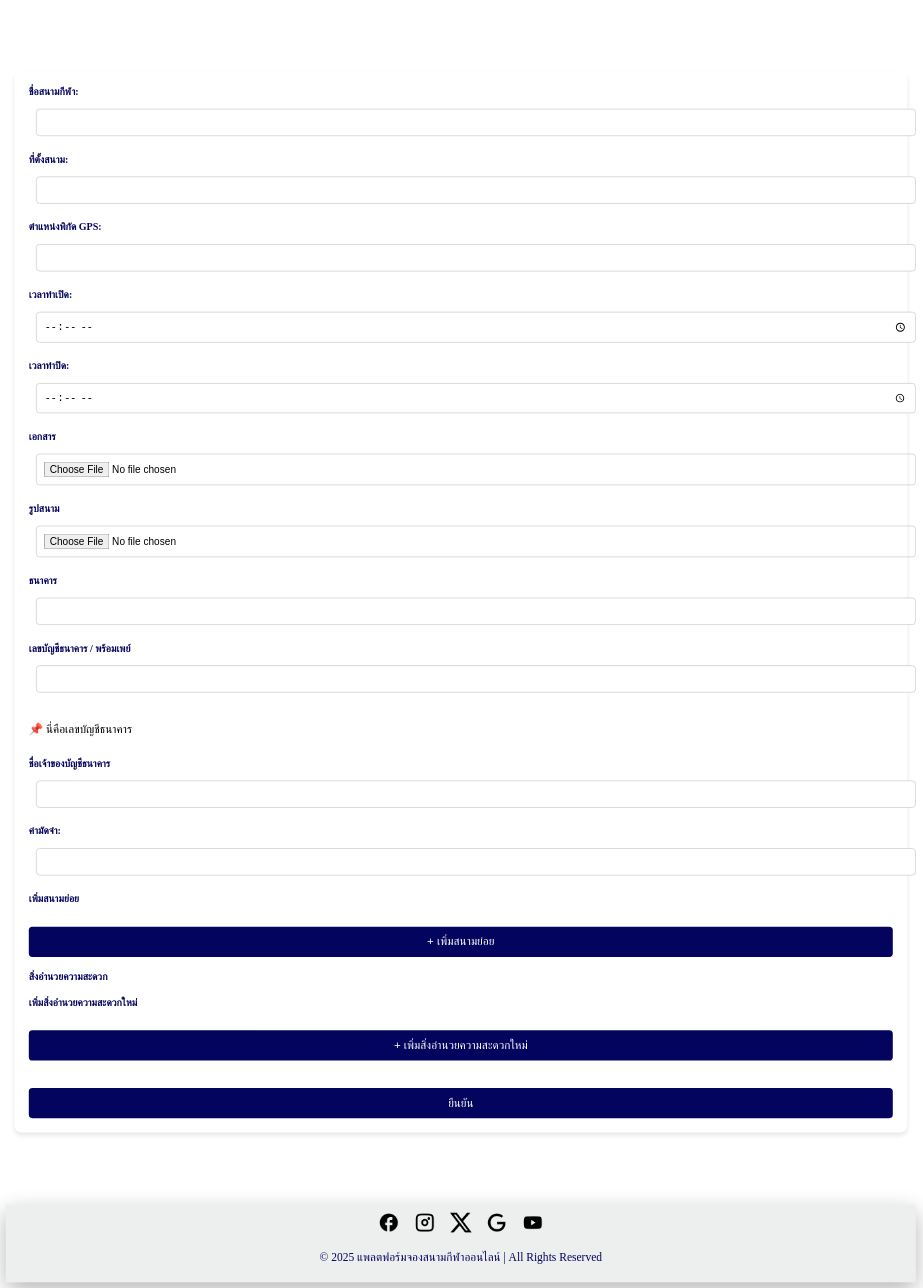
Repository: narawit101/project2
Page: /register-field (app in frontend/)
An editor plug-in stored every save of this project. The page is shown before and after a run of saves, followed by the edit.
The browser window is 1280 px wide. The page is 1282 px wide, then 1280 px, so the pictures cover 1282 px, including what lies to the right of the window. The pictures show the whole page, at 72% of full size.
The page's requests for data from a server got no answer. The project was rebuilt for these pictures with package versions that can differ from the ones it lists, and the page was loaded fresh each time. The framework's server and built-in components were replaced by stand-ins that run in the browser. No one was signed in, and anything a server would have sent is missing. Also part of the build but not shown: frontend/next.config.js, frontend/next.config.mjs, frontend/src/app/globals.css.

Above is the page before, as saved 2025-03-18 23:45:46.

### frontend/src/app/layout.jsx
import { Kanit } from "next/font/google";
import "./globals.css";
import  Footer from "./components/Footer"

const kanitFont = Kanit({
  variable: "--font-kanit",
  subsets: ["latin", "thai"],
  weight: ["300", "400", "600"],
});

export const metadata = {
  title: "แพลตฟอร์มจองสนามกีฬาออนไลน์",
  description: "Generated by create next app",
  icons: {
    icon:"./favicon.ico"
  }
};

export default function RootLayout({ children }) {
  return (
    <html lang="en">
      <body className={`${kanitFont.variable} antialiased`}>{children}
      <Footer></Footer>
      </body>

    </html>
  );
}

### frontend/src/app/(shared)/register-field/page.jsx
import React from "react";
import RegisterFieldForm from "@/app/components/RegisterFieldForm";

export default function RegisterFieldPage() {
  return (
    <>
    <RegisterFieldForm></RegisterFieldForm>

    </>
  );
}

### frontend/src/app/components/Footer.jsx
import React from "react";
import "../css/footer.css";

export default function Footer() {
  return (
    <div>
      <footer className="footer">
        <div className="social-icons">
          <a href="#">
            <img src="img/fblogo.png" alt="Facebook" />
          </a>
          <a href="#">
            <img src="img/iglogo.png" alt="Instagram" />
          </a>
          <a href="#">
            <img src="img/xlogo.png" alt="Twitter" />
          </a>
          <a href="#">
            <img src="img/gglogo.png" alt="Google" />
          </a>
          <a href="#">
            <img src="img/ytlogo.png" alt="YouTube" />
          </a>
        </div>

        <p className="copyright">
          &copy; 2025 แพลตฟอร์มจองสนามกีฬาออนไลน์ | All Rights Reserved
        </p>
      </footer>
    </div>
  );
}

### frontend/src/app/components/RegisterFieldForm.jsx
"use client";
import React, { useState, useEffect } from "react";
import "../css/registerFieldForm.css";

export default function RegisterFieldForm() {
  const API_URL = "http://localhost:5000";

  const [sports, setSports] = useState([]);
  const [facilities, setFacilities] = useState([]);
  const [selectedFacilities, setSelectedFacilities] = useState({});
  const [subFields, setSubFields] = useState([]);
  const [addOns, setAddons] = useState([]);
  const [newFacility, setNewFacility] = useState("");
  const [showNewFacilityInput, setShowNewFacilityInput] = useState(false);

  const [fieldData, setFieldData] = useState({
    field_name: "",
    address: "",
    gps_location: "",
    documents: null,
    open_hours: "",
    close_hours: "",
    img_field: null,
    preview_img: null,
    number_bank: "",
    account_holder: "",
    price_deposit: "",
    name_bank: "",
    selectedSport: "",
  });

  // 📌 โหลดประเภทกีฬา
  useEffect(() => {
    fetch(`${API_URL}/sports_types`)
      .then((res) => res.json())
      .then((data) => setSports(data))
      .catch((error) => console.error("Error fetching sports:", error));
  }, []);

  // 📌 โหลดสิ่งอำนวยความสะดวก
  useEffect(() => {
    fetch(`${API_URL}/facilities`)
      .then((res) => res.json())
      .then((data) => setFacilities(data))
      .catch((error) => console.error("Error fetching facilities:", error));
  }, []);

  // 📌 อัปเดตค่าช่องกรอกข้อมูลสนาม
  const handleFieldChange = (e) => {
    setFieldData({ ...fieldData, [e.target.name]: e.target.value });
  };

  // 📌 ฟังก์ชันเลือก Checkbox สิ่งอำนวยความสะดวก
  const handleFacilityChange = (facId) => {
    setSelectedFacilities((prev) => {
      const updatedFacilities = { ...prev };
      if (updatedFacilities[facId] !== undefined) {
        delete updatedFacilities[facId];
      } else {
        updatedFacilities[facId] = "";
      }
      return updatedFacilities;
    });
  };

  // 📌 ฟังก์ชันอัปเดตราคาสิ่งอำนวยความสะดวก
  const handleFacilityPriceChange = (facId, price) => {
    setSelectedFacilities((prev) => ({
      ...prev,
      [facId]: price,
    }));
  };

  // 📌 ฟังก์ชันเพิ่มสิ่งอำนวยความสะดวกใหม่
  const addNewFacility = async () => {
    if (!newFacility.trim()) return;

    const res = await fetch(`${API_URL}/facilities/add`, {
      method: "POST",
      headers: { "Content-Type": "application/json" },
      body: JSON.stringify({ fac_name: newFacility }),
    });

    const data = await res.json();
    if (data.error) {
      console.error("Error:", data.error);
      return;
    }

    setFacilities([...facilities, data]);
    setNewFacility("");
    setShowNewFacilityInput(false);
  };

  // ✅ เพิ่มสนามย่อย (มี addOns ในตัวเอง)
  const addSubField = () => {
    // ✅ ดึง user_id จาก localStorage
    const storedUser = localStorage.getItem("user");
    const userData = storedUser ? JSON.parse(storedUser) : null;
    const userId = userData ? userData.user_id : null; // ดึง user_id

    setSubFields([
      ...subFields,
      { name: "", price: "", sport_id: "", user_id: userId, addOns: [] },
    ]);
  };

  // ✅ ลบสนามย่อย (รวมถึง Add-ons ที่อยู่ภายใน)
  const removeSubField = (index) => {
    setSubFields(subFields.filter((_, i) => i !== index));
  };

  // ✅ อัปเดตข้อมูลสนามย่อย
  const updateSubField = (index, key, value) => {
    const updatedSubFields = [...subFields];
    updatedSubFields[index][key] = value;
    setSubFields(updatedSubFields);
  };

  const addAddOn = (subIndex) => {
    const updatedSubFields = [...subFields];
    updatedSubFields[subIndex].addOns.push({ content: "", price: "" });
    setSubFields(updatedSubFields);
  };

  // 📌 อัปเดตค่า Add-on
  const updateAddOn = (subIndex, addOnIndex, key, value) => {
    const updatedSubFields = [...subFields];
    updatedSubFields[subIndex].addOns[addOnIndex][key] = value;
    setSubFields(updatedSubFields);
  };

  // 📌 ลบ Add-on
  const removeAddOn = (subIndex, addOnIndex) => {
    const updatedSubFields = [...subFields];
    updatedSubFields[subIndex].addOns.splice(addOnIndex, 1);
    setSubFields(updatedSubFields);
  };

  // 📌 ฟังก์ชันจัดการอัปโหลดรูป และแสดงตัวอย่าง
  const handleimgChange = (e) => {
    const file = e.target.files[0]; // ดึงไฟล์รูปจาก input
    if (file) {
      setFieldData({
        ...fieldData,
        img_field: file,
        imgPreview: URL.createObjectURL(file), // สร้าง URL เพื่อแสดงรูป
      });
    }
  };

  const handleSubmit = async (e) => {
    e.preventDefault();

    const storedUser = localStorage.getItem("user");
    if (!storedUser) {
      alert("❌ กรุณาเข้าสู่ระบบก่อน!");
      return;
    }

    const userData = JSON.parse(storedUser);
    const userId = userData.user_id; // ✅ ดึง user_id ตอน Submit

    const formData = new FormData();
    formData.append("documents", fieldData.documents);
    formData.append("img_field", fieldData.img_field); // ✅ เพิ่มการส่งรูปภาพ
    formData.append(
      "data",
      JSON.stringify({
        user_id: userId,
        field_name: fieldData.field_name,
        address: fieldData.address,
        gps_location: fieldData.gps_location,
        open_hours: fieldData.open_hours,
        close_hours: fieldData.close_hours,
        number_bank: fieldData.number_bank,
        account_holder: fieldData.account_holder,
        price_deposit: fieldData.price_deposit,
        name_bank: fieldData.name_bank,
        status: fieldData.status || "รอตรวจสอบ", // ✅ เพิ่มค่า Status
        selectedFacilities,
        subFields: subFields,
      })
    );

    try {
      const res = await fetch("http://localhost:5000/field/register", {
        method: "POST",
        body: formData,
      });

      const data = await res.json();
      if (data.error) {
        console.error("❌ Error:", data.error);
        alert("เกิดข้อผิดพลาด: " + data.error);
        return;
      }

      alert("บันทึกข้อมูลสนามเรียบร้อย! รูปภาพถูกอัปโหลดที่: " + data.img_path);
    } catch (error) {
      console.error("❌ Fetch Error:", error);
      alert("เกิดข้อผิดพลาดในการส่งข้อมูล");
    }
  };

  return (
    <div className="contianer">
      <form onSubmit={handleSubmit} encType="multipart/form-data">
        <div className="input-group">
          {" "}
          <label>ชื่อสนามกีฬา:</label>
          <input
            type="text"
            name="field_name"
            value={fieldData.field_name}
            onChange={handleFieldChange}
          />
        </div>
        <div className="input-group">
          <label>ที่ตั้งสนาม:</label>
          <input
            type="text"
            name="address"
            value={fieldData.address}
            onChange={handleFieldChange}
          />
        </div>
        <div className="input-group">
          <label>ตำแหน่งพิกัด GPS:</label>
          <input
            type="text"
            name="gps_location"
            value={fieldData.gps_location}
            onChange={handleFieldChange}
          />
        </div>
        <div className="input-group">
          <label>เวลาทำเปิด:</label>
          <input
            type="time"
            name="open_hours"
            value={fieldData.open_hours}
            onChange={handleFieldChange}
          />
        </div>
        <div className="input-group">
          <label>เวลาทำปิด:</label>
          <input
            type="time"
            name="close_hours"
            value={fieldData.close_hours}
            onChange={handleFieldChange}
          />
        </div>
        <div className="input-group">
          <label htmlFor="documents">เอกสาร</label>
          <input
            type="file"
            onChange={(e) =>
              setFieldData({ ...fieldData, documents: e.target.files[0] })
            }
          />
        </div>
        <div className="input-group">
          <label htmlFor="img_field">รูปสนาม</label>

          <input type="file" onChange={handleimgChange} accept="image/*" />
        </div>
        {/* ✅ แสดงรูปตัวอย่างถ้ามีการอัปโหลด */}
        {fieldData.imgPreview && (
          <div>
            <p>ตัวอย่างรูป:</p>
            <img
              src={fieldData.imgPreview}
              alt="Preview"
              style={{ width: "200px", height: "auto", marginTop: "10px" }}
            />
          </div>
        )}
        <div className="input-group">
          <label htmlFor="bank">ธนาคาร</label>
          <input
            type="text"
            name="name_bank"
            value={fieldData.name_bank}
            onChange={handleFieldChange}
          />
        </div>
        <div className="input-group">
          <label htmlFor="bank">เลขบัญชีธนาคาร / พร้อมเพย์</label>
          <input
            type="number"
            name="number_bank"
            value={fieldData.number_bank}
            onChange={(e) => {
              const value = e.target.value;

              // ✅ อนุญาตเฉพาะตัวเลข
              if (/^\d*$/.test(value)) {
                setFieldData({ ...fieldData, number_bank: value });
              }
            }}
            onBlur={() => {
              const isPromptPay = fieldData.name_bank === "พร้อมเพย์";
              const length = fieldData.number_bank.length;

              // ✅ ตรวจสอบความถูกต้องของเลขที่กรอก
              if (
                (!isPromptPay && length !== 12) || // ✅ ถ้าเป็นบัญชีธนาคารต้อง 12 หลัก
                (isPromptPay && length !== 10 && length !== 13) // ✅ ถ้าเป็นพร้อมเพย์ต้อง 10 หรือ 13 หลัก
              ) {
                alert("เลขที่กรอกไม่ถูกต้อง กรุณากรอกให้ตรงกับเงื่อนไข");
                setFieldData({ ...fieldData, number_bank: "" }); // ❌ เคลียร์ค่า
              }
            }}
            maxLength={13} // ✅ จำกัดสูงสุดที่ 13 หลัก
          />
        </div>
        <div className="input-group">
          <p>
            📌{" "}
            {fieldData.name_bank === "พร้อมเพย์"
              ? "นี่คือหมายเลขพร้อมเพย์"
              : "นี่คือเลขบัญชีธนาคาร"}
          </p>
        </div>
        <div className="input-group">
          <label htmlFor="bank">ชื่อเจ้าของบัญชีธนาคาร</label>
          <input
            type="text"
            name="account_holder"
            value={fieldData.account_holder}
            onChange={handleFieldChange}
          />
        </div>
        <div className="input-group">
          <label>ค่ามัดจำ:</label>
          <input
            type="number"
            name="price_deposit"
            value={fieldData.price_deposit}
            onChange={handleFieldChange}
          />
        </div>
        <div className="input-group">
          <label>เพิ่มสนามย่อย</label>
        </div>
        {subFields.map((sub, subIndex) => (
          <div
            key={subIndex}
            style={{
              border: "1px solid #ccc",
              padding: "10px",
              marginBottom: "10px",
            }}
          >
            {/* ✅ Input กรอกชื่อสนามย่อย */}
            <div className="input-group">
              <input
                type="text"
                placeholder="ชื่อสนามย่อย"
                value={sub.name}
                onChange={(e) =>
                  updateSubField(subIndex, "name", e.target.value)
                }
              />
            </div>
            {/* ✅ Input กรอกราคา */}
            <div className="input-group">
              <input
                type="number"
                placeholder="ราคา"
                value={sub.price}
                onChange={(e) =>
                  updateSubField(subIndex, "price", e.target.value)
                }
              />
            </div>

            {/* ✅ Dropdown เลือกประเภทกีฬา */}
            <div className="input-group">
              <select
                value={sub.sport_id}
                onChange={(e) =>
                  updateSubField(subIndex, "sport_id", e.target.value)
                }
              >
                <option value="">เลือกประเภทกีฬา</option>
                {sports.map((sport) => (
                  <option key={sport.sport_id} value={sport.sport_id}>
                    {sport.sport_name}
                  </option>
                ))}
              </select>
            </div>

            {/* ✅ ปุ่มเพิ่มกิจกรรมเพิ่มเติม (เฉพาะสนามนี้) */}
            <button
              className="addbtn"
              type="button"
              onClick={() => addAddOn(subIndex)}
            >
              เพิ่มกิจกรรมเพิ่มเติม
            </button>

            {/* ✅ ปุ่มลบสนามย่อย */}
            <button
              className="delbtn"
              type="button"
              onClick={() => removeSubField(subIndex)}
            >
              ลบสนามย่อย
            </button>

            {/* ✅ แสดงรายการกิจกรรมเพิ่มเติมที่อยู่ในสนามนี้ */}
            {sub.addOns.map((addon, addOnIndex) => (
              <div
                key={addOnIndex}
                style={{ marginLeft: "20px", marginTop: "5px" }}
              >
                {/* ✅ Input กรอกชื่อกิจกรรม */}
                <div className="input-group">
                  <input
                    type="text"
                    placeholder="ชื่อกิจกรรม"
                    value={addon.content}
                    onChange={(e) =>
                      updateAddOn(
                        subIndex,
                        addOnIndex,
                        "content",
                        e.target.value
                      )
                    }
                  />
                </div>
                {/* ✅ Input กรอกราคา */}
                <div className="input-group">
                  <input
                    type="number"
                    placeholder="ราคา"
                    value={addon.price}
                    onChange={(e) =>
                      updateAddOn(subIndex, addOnIndex, "price", e.target.value)
                    }
                  />
                </div>

                {/* ✅ ปุ่มลบกิจกรรมเพิ่มเติม */}
                <button
                  className="delevn"
                  type="button"
                  onClick={() => removeAddOn(subIndex, addOnIndex)}
                >
                  ลบกิจกรรมเพิ่มเติม
                </button>
              </div>
            ))}
          </div>
        ))}

        {/* ✅ ปุ่มเพิ่มสนามย่อย */}

        <button className="addsubfield" type="button" onClick={addSubField}>
          + เพิ่มสนามย่อย
        </button>
        <div className="input-group">
          <label>สิ่งอำนวยความสะดวก</label>
        </div>
        {facilities.map((fac) => (
          <div key={fac.fac_id}>
            <input
              type="checkbox"
              checked={selectedFacilities[fac.fac_id] !== undefined}
              onChange={() => handleFacilityChange(fac.fac_id)}
            />
            {fac.fac_name}
            {selectedFacilities[fac.fac_id] !== undefined && (
              <input
                type="number"
                placeholder="กำหนดราคา"
                value={selectedFacilities[fac.fac_id]}
                onChange={(e) =>
                  handleFacilityPriceChange(fac.fac_id, e.target.value)
                }
              />
            )}
          </div>
        ))}
        <div className="input-group">
          <label>เพิ่มสิ่งอำนวยความสะดวกใหม่</label>
        </div>
        {!showNewFacilityInput ? (
          <button className="addfac" type="button" onClick={() => setShowNewFacilityInput(true)}>
            + เพิ่มสิ่งอำนวยความสะดวกใหม่
          </button>
        ) : (
          <div>
            <input
              type="text"
              placeholder="ชื่อสิ่งอำนวยความสะดวก"
              value={newFacility}
              onChange={(e) => setNewFacility(e.target.value)}
            />
            <button className="savebtn" type="button" onClick={addNewFacility}>
              บันทึก
            </button>
            <button className="canbtn"
              type="button"
              onClick={() => setShowNewFacilityInput(false)}
            >
              ยกเลิก
            </button>
          </div>
        )}

        <br />
        <button type="submit">ยืนยัน</button>
      </form>
    </div>
  );
}

### frontend/src/app/css/footer.css
:root {
  --text-color: #03045e;
}
.footer {
  background: #edefef;
  padding: 10px 0;
  text-align: center;
  color: var(--text-color);
  position: relative;
  box-shadow: 0px 10px 30px rgba(0, 0, 0, 0.3);
}

.social-icons {
  display: flex;
  justify-content: center;
  gap: 20px;
  margin-bottom: 20px;
}

.social-icons a img {
  width: 30px;
  height: 30px;
  transition: transform 0.3s ease-in-out;
}

.social-icons a:hover img {
  transform: scale(1.1);
  filter: brightness(1.2);
}

.copyright {
  font-size: 16px;
}

### frontend/src/app/css/registerFieldForm.css
:root {
  --text-color: #03045e;
}

.contianer {
  max-width: 1200px;
  margin: 100px auto;
  padding: 20px;
  background: #ffffff;
  box-shadow: 0 4px 8px rgba(0, 0, 0, 0.1);
  border-radius: 10px;
  text-align: left;
}
form {
  display: flex;
  flex-direction: column;
}

.input-group {
    margin-bottom: 15px;
    text-align: left;
  }

label {
  font-size: 14px;
  font-weight: 600;
  color: var(--text-color);
  display: block;
  margin-bottom: 5px;
}

input {
  margin: 10px;
  width: 100%;
  padding: 10px;
  border: 1px solid #ccc;
  border-radius: 5px;
  font-size: 14px;
  transition: 0.3s;
}

input:focus {
  border-color: var(--text-color);
  box-shadow: 0 0 5px rgba(3, 4, 94, 0.5);
  outline: none;
}
.addbtn {
    margin: 0px 0px 10px 0px;
}
.delbtn {
    margin: 0px 0px 10px 10px;
}
.delevn{
    margin: 0px 0px 10px 0px;
}
.addsubfield{
    margin: 10px 0px 20px 0px;
}
.addfac{
    margin: 10px 0px 20px 0px;
}
.savebtn{
    margin: 10px 0px 20px 0px;
}
.canbtn{
    margin: 10px 0px 20px 10px;

}
button {
  background: var(--text-color);
  color: white;
  border: none;
  padding: 12px;
  font-size: 16px;
  cursor: pointer;
  border-radius: 5px;
  transition: 0.3s;
}

button:hover {
  background: #02226c;
}

### frontend/tailwind.config.mjs
/** @type {import('tailwindcss').Config} */
export default {
  content: [
    "./src/pages/**/*.{js,ts,jsx,tsx,mdx}",
    "./src/components/**/*.{js,ts,jsx,tsx,mdx}",
    "./src/app/**/*.{js,ts,jsx,tsx,mdx}",
  ],
  theme: {
    extend: {
      colors: {
        background: "var(--background)",
        foreground: "var(--foreground)",
      },
    },
  },
  plugins: [],
};

After the next 2 saves:
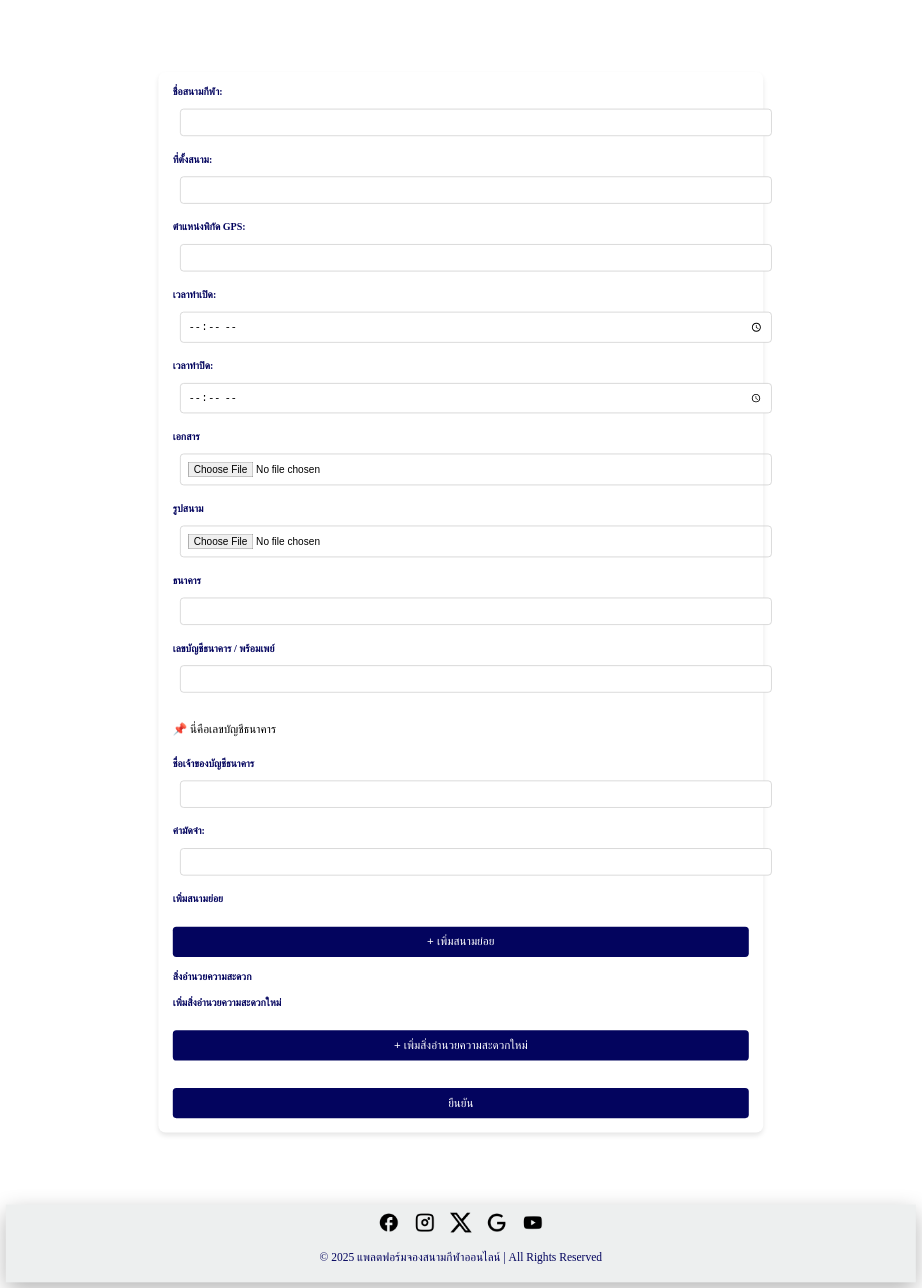
The 2 saves are shown as one change because they came seconds apart.
The last was saved 15 s later.
--- a/frontend/src/app/css/registerFieldForm.css
+++ b/frontend/src/app/css/registerFieldForm.css
@@ -3,7 +3,7 @@
 }
 
 .contianer {
-  max-width: 1200px;
+  max-width: 800px;
   margin: 100px auto;
   padding: 20px;
   background: #ffffff;
